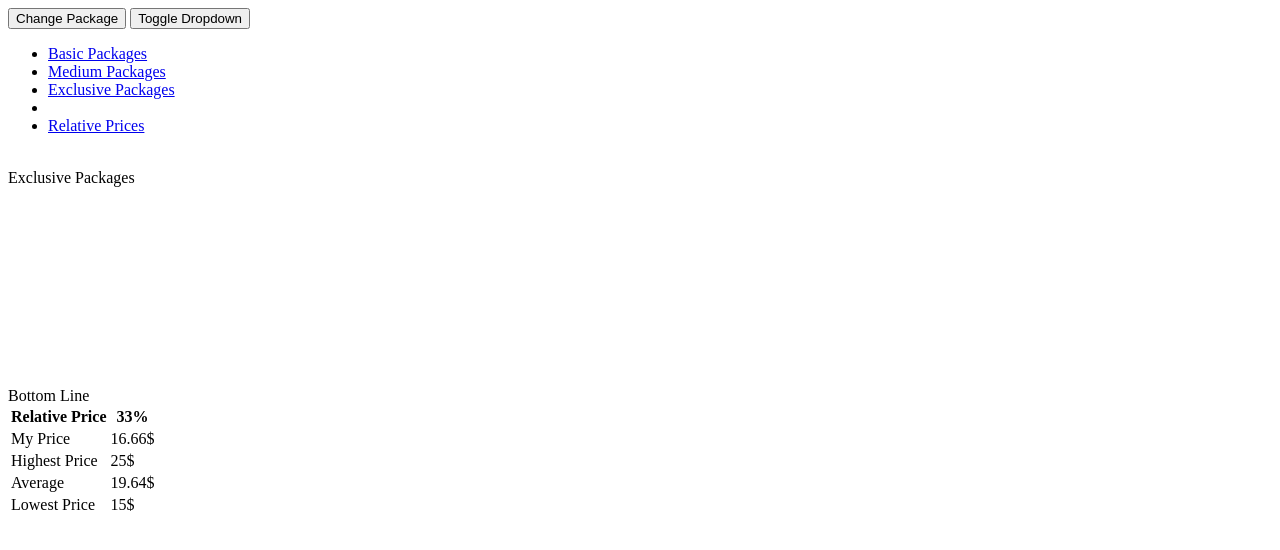
Repository: netaosman/Price-try-course
Page: prixceFrontEnd/src/main/webapp/Prixce_FrontEnd/HTML/Market/pricesPack/BasicPackages.html
These files come from the project's save history. The page is drawn as it stood at one moment and after the next save; the edit follows.
The browser window is 1280 px wide. The pictures show the whole page.

Above is the page before, as saved 2017-09-23 23:37:27.

After the next save:
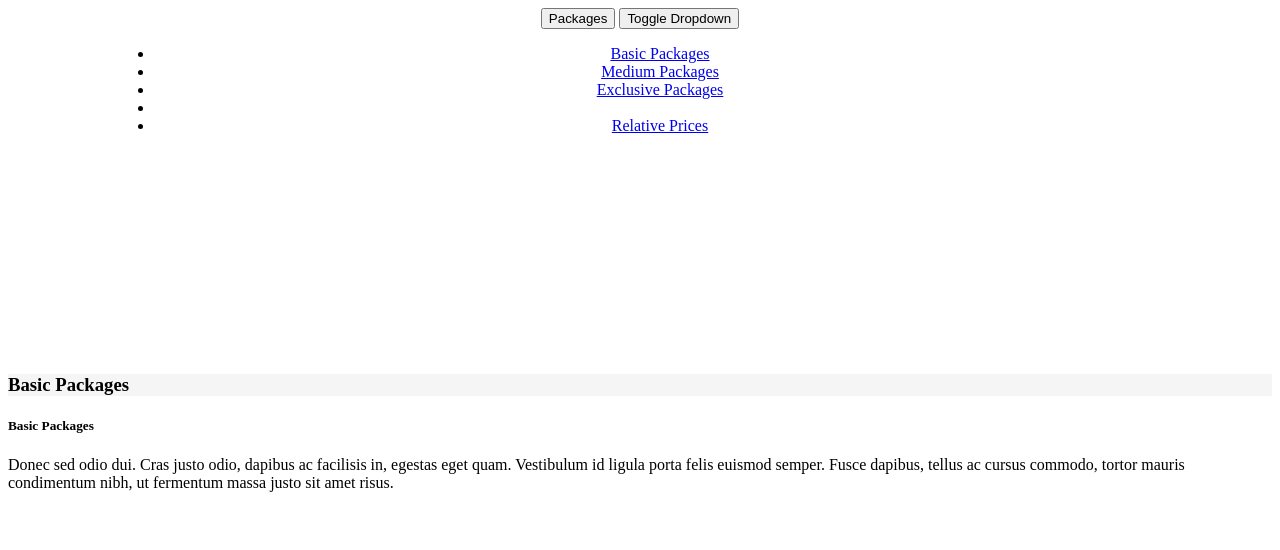
Saved 2 min 9 s later.
--- a/prixceFrontEnd/src/main/webapp/Prixce_FrontEnd/HTML/Market/pricesPack/BasicPackages.html
+++ b/prixceFrontEnd/src/main/webapp/Prixce_FrontEnd/HTML/Market/pricesPack/BasicPackages.html
@@ -1,16 +1,14 @@
-<!--  <p class="sub-header">Exclusive Packages</p>-->
-
 <div class="container-fluid">
-	<div class="dropdown">
+	<div class="dropdown" align="center">
 		<!-- Split button -->
 		<div class="btn-group">
-			<button type="button" class="btn btn-default">Change Package</button>
-			<button type="button" class="btn btn-default dropdown-toggle"
+			<button type="button" class="btn btn-default btn-lg">Packages</button>
+			<button type="button" class="btn btn-default btn-lg dropdown-toggle"
 				data-toggle="dropdown" aria-haspopup="true" aria-expanded="false">
 				<span class="caret"></span> <span class="sr-only">Toggle
 					Dropdown</span>
 			</button>
-			<ul class="dropdown-menu">
+			<ul class="dropdown-menu" style="width: 80%">
 				<li><a href="#/BasicPackages">Basic Packages</a></li>
 				<li><a href="#/MedPackages">Medium Packages</a></li>
 				<li><a href="#/HighPackages">Exclusive Packages</a></li>
@@ -19,60 +17,29 @@
 			</ul>
 		</div>
 	</div>
-	<br>
-	<div class="row placeholders">
-		<div class="col-xs-12 col-md-8" ng-controller="PricesHighCtrl">
-			<div class="panel panel-default-1">
-				<div class="panel-heading">Exclusive Packages</div>
-				<div class="panel-body">
-					<!-- <div class="panel-title">Prices</div> -->
-					<canvas id="base" class="chart-horizontal-bar" chart-data="data"
-						chart-labels="labels" chart-colors="colors" height="200">
-                                </canvas>
-				</div>
+	<br> <br> <br>
+	<div class="row">
+		<div class="col-lg-8 col-md-8 col-sm-12"
+			ng-controller="PricesBasicCtrl">
+			<div class="card card-2">
+				<canvas id="base" class="chart-horizontal-bar" chart-data="data"
+					chart-labels="labels" chart-colors="colors";>
+                    </canvas>
 			</div>
 		</div>
-		<div class="col-xs-12 col-md-4">
-			<div class="panel panel-default-1">
-				<div class="panel-heading">Bottom Line</div>
-				<div class="panel-body">
-					<table class="table">
-						<thead>
-							<tr>
-								<th class="relative">Relative Price</th>
-								<th class="relative-price">33%</th>
-							</tr>
-						</thead>
-						<tbody>
-							<tr>
-								<td class="title-prices"><span
-									class="glyphicon glyphicon-hand-right" aria-hidden="true"></span>
-									My Price</td>
-								<td class="prices">16.66$</td>
-							</tr>
-							<tr>
-								<td class="title-prices"><span
-									class="glyphicon glyphicon-hand-up" aria-hidden="true"></span>
-									Highest Price</td>
-								<td class="prices">25$</td>
-							</tr>
-							<tr>
-								<td class="title-prices"><span
-									class="glyphicon glyphicon-hand-left" aria-hidden="true"></span>
-									Average</td>
-								<td class="prices">19.64$</td>
-							</tr>
-							<tr>
-								<td class="title-prices"><span
-									class="glyphicon glyphicon-thumbs-down" aria-hidden="true"></span>
-									Lowest Price</td>
-								<td class="prices">15$</td>
-							</tr>
-						</tbody>
-
-					</table>
+		<div class="col-lg-4 col-md-4 col-sm-12">
+			<div class="card card-2">
+				<div class="card-header" style="background-color: #f5f5f5">
+					<h3>Basic Packages</h3>
+				</div>
+				<div calss="card-block">
+					<h5 class="card-title">Basic Packages</h5>
+					<p class="card-text">Donec sed odio dui. Cras justo odio,
+						dapibus ac facilisis in, egestas eget quam. Vestibulum id ligula
+						porta felis euismod semper. Fusce dapibus, tellus ac cursus
+						commodo, tortor mauris condimentum nibh, ut fermentum massa justo
+						sit amet risus.</p>
 				</div>
 			</div>
 		</div>
 	</div>
-</div>
